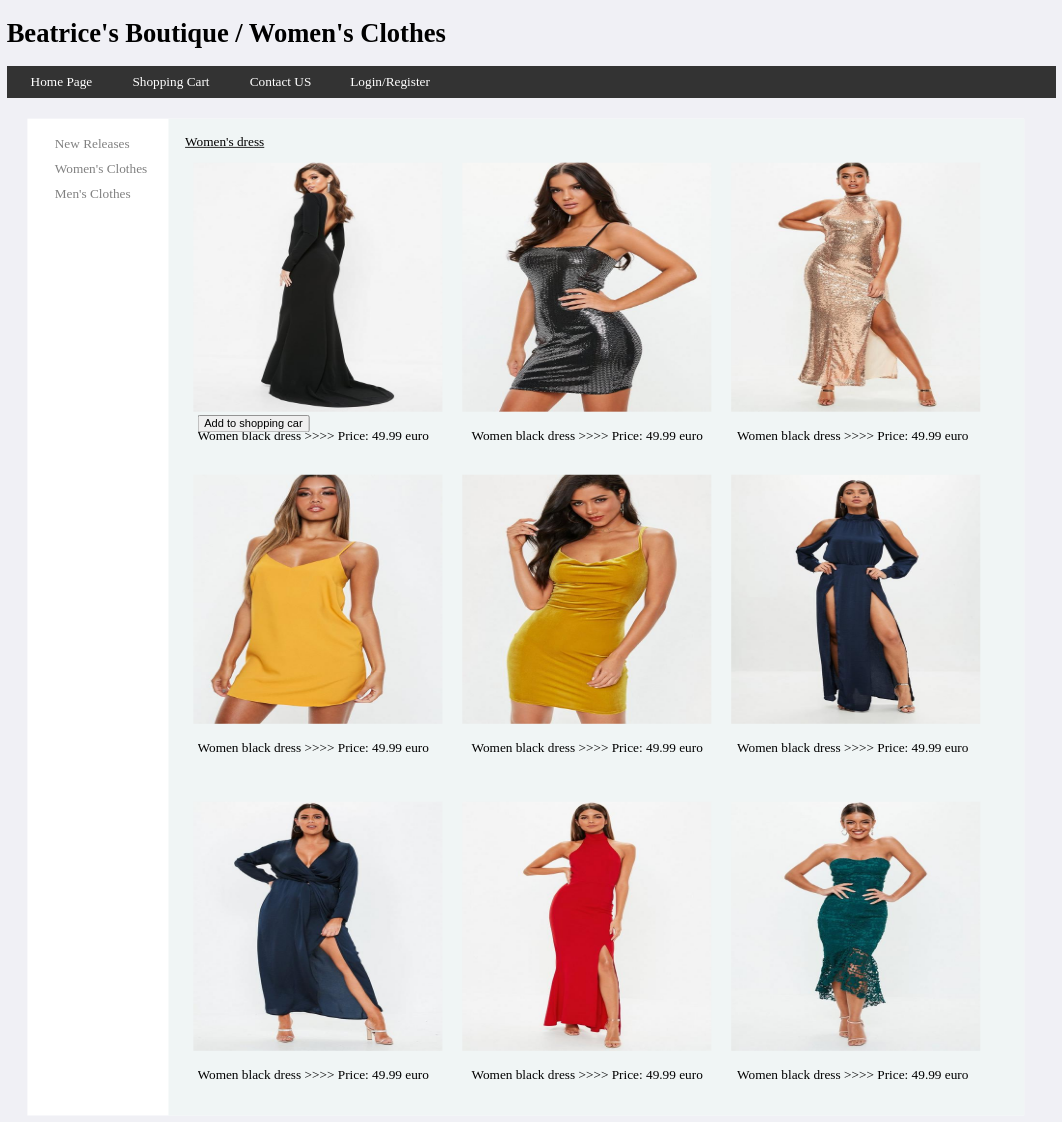
Repository: IosifDobos/Beatrice-Boutique
Page: http://localhost/BeatriceBoutique/womensClothes.jsp
The author's editor kept a copy of each file at every save. The page is drawn from the files as they stood at one save, then again after the next save.
The browser window is 1280 px wide. The pictures show the whole page, at 83% of full size.
The page is served by Tomcat 9.

Above is the page before, as saved 2018-12-04 17:50:02.

After the next save:
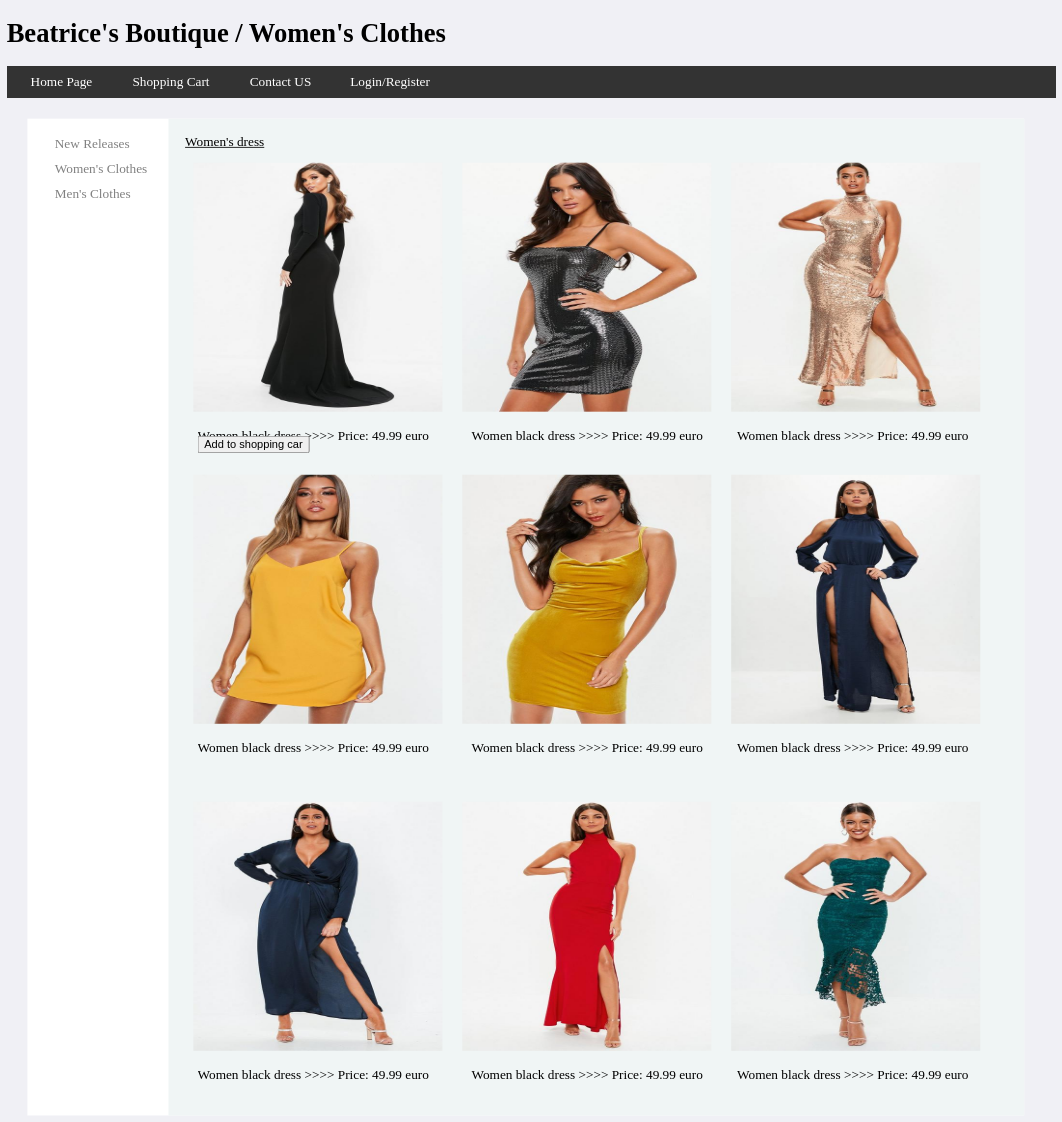
Saved 54 s later.
--- a/BeatriceBoutique/Java/WorkSpace/BeatriceBoutique/WebContent/styleSheet.css
+++ b/BeatriceBoutique/Java/WorkSpace/BeatriceBoutique/WebContent/styleSheet.css
@@ -114,6 +114,7 @@ li a:hover {
 
 #button-url{
 	position: absolute;
+	margin-top: 25px;
 	margin-left: 15px;
 }
 
